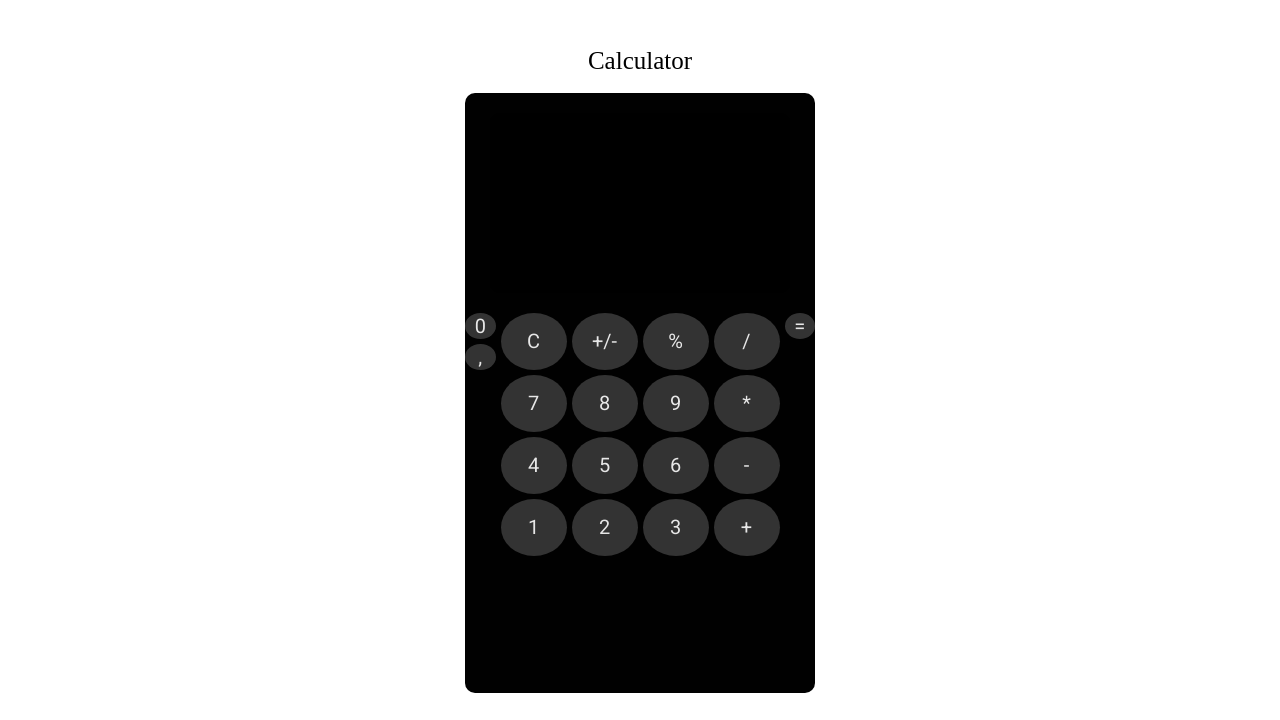
Repository: Gibon9/SimpleCalc
Page: index.html
These files come from the project's save history. The page is drawn as it stood at one moment and after the next save; the edit follows.
The browser window is 1280 px wide. The pictures show the whole page.
Some web fonts or font styles are not loaded; a fallback is used.

Above is the page before, as saved 2020-11-27 19:31:35.

### index.html
<!DOCTYPE html>
<html lang="en">
  <head>
    <meta charset="UTF-8" />
    <meta name="viewport" content="width=device-width, initial-scale=1.0" />
    <link rel="stylesheet" href="style/reset.css" />
    <link rel="stylesheet" href="style/style.css" />
    <title>Calculator</title>
  </head>

  <body>
    <main class="main">
      <h1 class="title">Calculator</h1>
      <section class="clac">
        <div class="calc-display" id="display"></div>
        <section class="keyboard" id="keyboard">
          <button class="calc-button c-btn" id="clear">C</button>
          <button class="calc-button plus-minus-btn" id="plus-minus">
            +/-
          </button>
          <button class="calc-button percent-btn" id="percent">%</button>
          <button class="calc-button one-btn" id="btn1">1</button>
          <button class="calc-button two-btn" id="btn2">2</button>
          <button class="calc-button three-btn" id="btn3">3</button>
          <button class="calc-button four-btn" id="btn4">4</button>
          <button class="calc-button five-btn" id="btn5">5</button>
          <button class="calc-button six-btn" id="btn6">6</button>
          <button class="calc-button seven-btn" id="btn7">7</button>
          <button class="calc-button eight-btn" id="btn8">8</button>
          <button class="calc-button nine-btn" id="btn9">9</button>
          <button class="calc-button zero-btn" id="btn0">0</button>
          <button class="calc-button plus-btn" id="plus">+</button>
          <button class="calc-button minus-btn" id="minus">-</button>
          <button class="calc-button divide-btn" id="divide">/</button>
          <button class="calc-button multiply-btn" id="multiply">*</button>
          <button class="calc-button equal-btn" id="equal">=</button>
          <button class="calc-button coma-btn" id="coma">,</button>
        </section>
      </section>
    </main>
    <script src="./index.js"></script>
  </body>
</html>

### style/style.css
@import url("https://fonts.googleapis.com/css2?family=Roboto&family=Saira+Stencil+One&display=swap");

:root {
  --background-color: #010101;
  --display-color: black;
  --primary-btn-color: ##a5a5a5;
  --secondary-color: #333333;
  --secondary-btn-color: #fd9624;
  --text-color: #e7e7e7;
}

.calc-display,
.title {
  font-family: "Saira Stencil One", cursive;
}

.calc-button {
  font-family: "Roboto", sans-serif;
}

.main {
  display: flex;
  flex-direction: column;
  justify-content: center;
  align-items: center;
  width: 100vw;
  height: 100vh;
}

.title {
  font-size: 25px;
  margin: 20px 0;
}

.clac {
  width: 350px;
  height: 600px;
  background-color: var(--background-color);
  border-radius: 10px;
}

.calc-display {
  margin: 20px auto;
  width: 300px;
  height: 30%;
  background-color: var(--display-color);
  color: var(--primary-color);
  border-radius: 10px;
  font-size: 40px;
}

.keyboard {
  display: grid;
  grid-template-columns: repeat(10, 1fr);
  grid-template-rows: repeat(12, 1fr);
  gap: 5px 5px;
}

.calc-button {
  font-size: 20px;
  color: var(--text-color);
  background-color: var(--secondary-color);
  border-radius: 50%;
  border: none;
}

.c-btn {
  grid-column: 2/4;
  grid-row: 1/3;
}

.plus-minus-btn {
  grid-column: 4/6;
  grid-row: 1/3;
}

.percent-btn {
  grid-column: 6/8;
  grid-row: 1/3;
}

.divide-btn {
  grid-column: 8/10;
  grid-row: 1/3;
}

.seven-btn {
  grid-column: 2/4;
  grid-row: 3/5;
}

.eight-btn {
  grid-column: 4/6;
  grid-row: 3/5;
}

.nine-btn {
  grid-column: 6/8;
  grid-row: 3/5;
}

.multiply-btn {
  grid-column: 8/10;
  grid-row: 3/5;
}

.four-btn {
  grid-column: 2/4;
  grid-row: 5/7;
}

.five-btn {
  grid-column: 4/6;
  grid-row: 5/7;
}

.six-btn {
  grid-column: 6/8;
  grid-row: 5/7;
}

.minus-btn {
  grid-column: 8/10;
  grid-row: 5/7;
}

.one-btn {
  grid-column: 2/4;
  grid-row: 7/9;
}

.two-btn {
  grid-column: 4/6;
  grid-row: 7/9;
}

.three-btn {
  grid-column: 6/8;
  grid-row: 7/9;
}

.plus-btn {
  grid-column: 8/10;
  grid-row: 7/9;
}

Loaded but not shown: style/reset.css (common file); index.js (no copy from this time; the picture is the same without it)

After the next save:
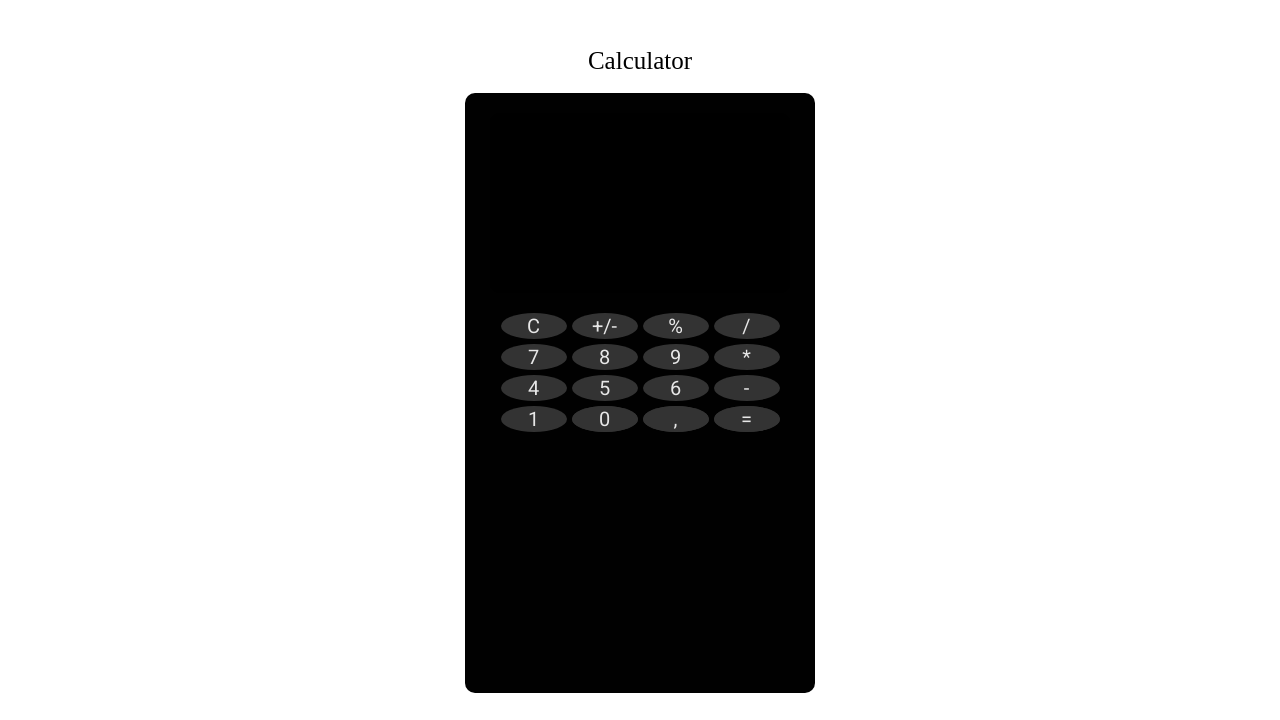
Saved 47 s later.
--- a/style/style.css
+++ b/style/style.css
@@ -143,3 +143,18 @@
   grid-column: 8/10;
   grid-row: 7/9;
 }
+
+.zero-btn {
+  grid-column: 4/6;
+  grid-row: 7/9;
+}
+
+.coma-btn {
+  grid-column: 6/8;
+  grid-row: 7/9;
+}
+
+.equal-btn {
+  grid-column: 8/10;
+  grid-row: 7/9;
+}
